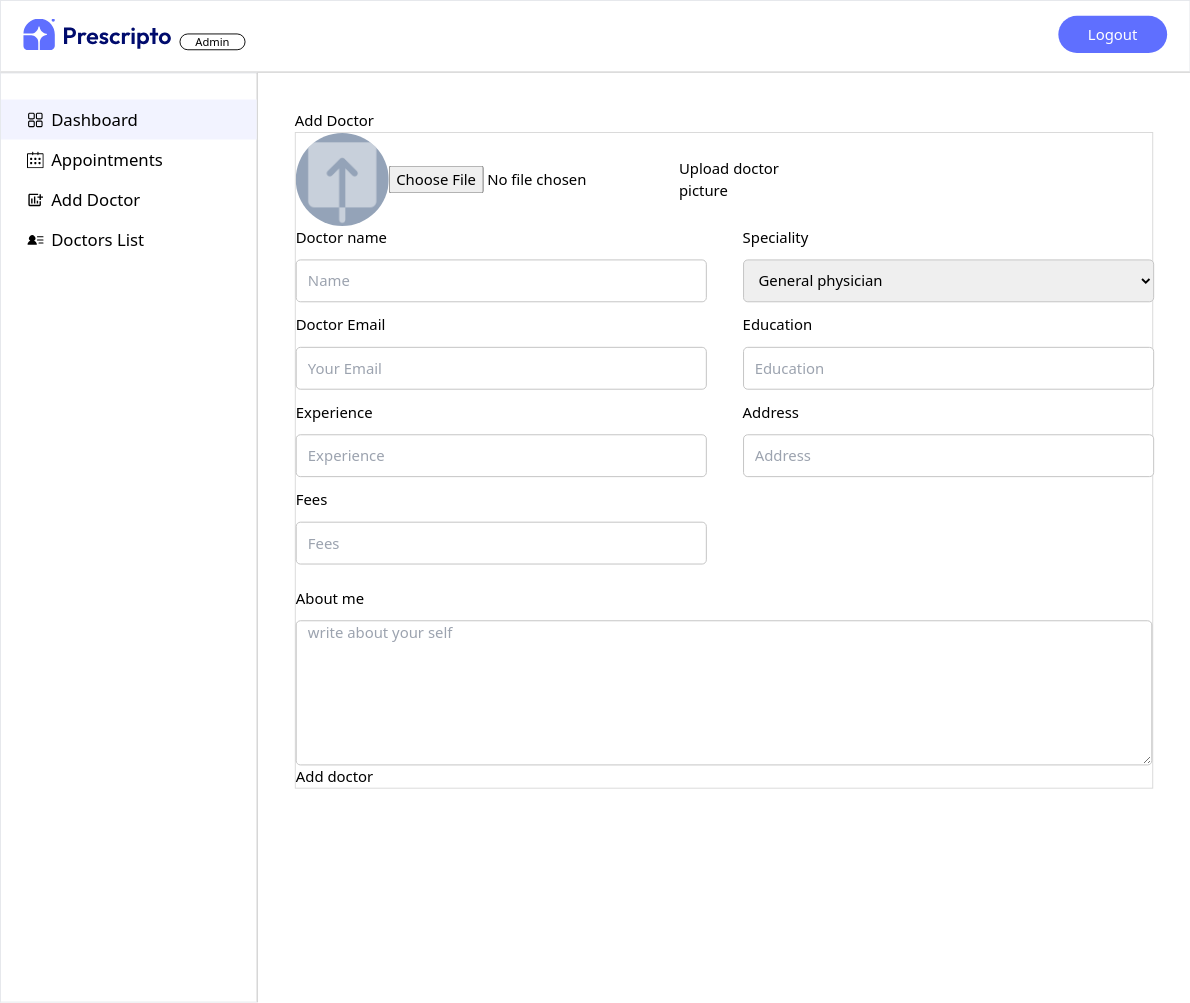
Repository: AzizHamdi99/Prescripto
Page: /addDoctor (app in AdminPanel/)
These files come from the project's save history. The page is drawn as it stood at one moment and after the next save; the edit follows.
The browser window is 1280 px wide. The pictures show the whole page, at 93% of full size.
The project was rebuilt for these pictures with package versions that can differ from the ones it lists, and the page was loaded fresh each time. Also part of the build but not shown: AdminPanel/vite.config.js.

Above is the page before, as saved 2025-01-02 15:31:54.

### AdminPanel/src/main.jsx
import { StrictMode } from 'react'
import { createRoot } from 'react-dom/client'
import './index.css'
import App from './App.jsx'
import { BrowserRouter } from "react-router-dom";

createRoot(document.getElementById('root')).render(
  <BrowserRouter>
    <App />
  </BrowserRouter>,
)

### AdminPanel/src/App.jsx
import { useState } from 'react'
import{Route,Routes} from 'react-router-dom'

import './App.css'
import Navbar from './componants/Navbar'
import SideBar from './componants/SideBar'
import AddDoctor from './componants/AddDoctor'

function App() {


  return (
    <div>
      <Navbar/>
      <div className='flex'>
      <SideBar/>
      <Routes>
      <Route path='/addDoctor' element={<AddDoctor/>}/>
      </Routes>
      </div>
    </div>

  )
}

export default App

### AdminPanel/src/componants/Navbar.jsx
import React from 'react'
import { assets } from '../../../frontend/src/assets/assets_frontend/assets'

function Navbar() {
  return (
    <div className='flex items-center justify-between px-6 py-4 pb-5 border-b-[#BEBEBE] border-[1px]  '>
        <div className='flex items-center justify-center'>
        <img src={assets.logo} alt="" className=' w-40 mr-2'  />
         <p className=' px-4 border-black border 1 rounded-xl font-light text-xs relative top-2'>Admin</p>
                </div>
        <span className='py-2 px-8 rounded-3xl bg-[#5F6FFF] text-white'>Logout</span>



    </div>
  )
}

export default Navbar

### AdminPanel/src/componants/SideBar.jsx
import React from 'react'
import { assets } from '../../../frontend/src/assets/assets_frontend/assets'
import { RxDashboard } from "react-icons/rx";
import { SlCalender } from "react-icons/sl";
import { MdAddChart } from "react-icons/md";
import { PiUserListFill } from "react-icons/pi";
import { useNavigate } from 'react-router-dom';


function SideBar() {
  const navigate=useNavigate();
  return (
    <div className='flex flex-col py-7 w-72 text-[18px] border-r-[#BEBEBE] border-[1px] h-[1000px]'>
        <div className='flex items-center gap-2  px-7 py-2 bg-[#F2F3FF] cursor-pointer'>
        <RxDashboard />
        <p>Dashboard</p>
        </div>
        <div className='flex items-center gap-2 px-7 py-2  cursor-pointer' >
        <SlCalender />
        <p>Appointments</p>
        </div>
        <div onClick={()=>navigate("/addDoctor")} className='flex items-center gap-2 px-7 py-2  cursor-pointer'>
        <MdAddChart />
        <p>Add Doctor</p>
        </div>
        <div className='flex items-center gap-2 px-7 py-2  cursor-pointer'>
        <PiUserListFill />
        <p>Doctors List</p>
        </div>

    </div>
  )
}

export default SideBar

### AdminPanel/src/componants/AddDoctor.jsx
import React from 'react'
import { assets } from '../../../frontend/src/assets/assets_frontend/assets'
import { specialityData } from '../../../frontend/src/assets/assets_frontend/assets'

function AddDoctor() {
  return (
    <div className='p-10'>
        <p>Add Doctor</p>
        <form action="" className='border-[1px] border-[#D8D8D8]'>
            <div className='flex items-center'>
                <img className='bg-slate-400 rounded-[50%]' src={assets.upload_icon} alt="" />
                <input type="file" name="image" id="" />
                <p>Upload doctor <br /> picture</p>

            </div>
            <div className='grid grid-cols-2 gap-10'>
                <div className='flex flex-col gap-3'>

                            <label htmlFor="">Doctor name</label>
                            <input type="text" placeholder='Name' className='w-[442px] h-[46px] rounded-[5px] border-[1.5px] border-[#C1C1C1] px-3' />


                            <label htmlFor="">Doctor Email</label>
                            <input type="email" placeholder='Your Email' className='w-[442px] h-[46px] rounded-[5px] border-[1.5px] border-[#C1C1C1] px-3' />



                            <label htmlFor=""> Experience</label>
                            <input type="number" placeholder='Experience'  className='w-[442px] h-[46px] rounded-[5px] border-[1.5px] border-[#C1C1C1] px-3'/>


                            <label htmlFor="">Fees</label>
                            <input type="number" placeholder='Fees' className='w-[442px] h-[46px] rounded-[5px] border-[1.5px] border-[#C1C1C1] px-3'/>

                </div>
                <div className='flex flex-col gap-3'>
                    <label htmlFor="">Speciality</label>
                    <select className='w-[442px] h-[46px] rounded-[5px] border-[1.5px] border-[#C1C1C1] px-3' name="" id="">
                        {specialityData.map((item,key)=>(
                            <option  value="">{item.speciality}</option>
                        ))}


                    </select>

                            <label htmlFor="">Education</label>
                            <input className='w-[442px] h-[46px] rounded-[5px] border-[1.5px] border-[#C1C1C1] px-3' type="text" placeholder='Education' />


                            <label htmlFor="">Address</label>
                            <input className='w-[442px] h-[46px] rounded-[5px] border-[1.5px] border-[#C1C1C1] px-3' type="number" placeholder='Address' />



                </div>
            </div>
            <div className='mt-6 flex flex-col gap-3'>

                         <label htmlFor="">About me </label>
                        <textarea className='w-[921px] h-[156px] rounded-[5px] border-[1.5px] border-[#C1C1C1] px-3' name="" id="" placeholder='write about your self'></textarea>

            </div>
            <button>Add doctor</button>







        </form>


    </div>
  )
}

export default AddDoctor

### frontend/src/assets/assets_frontend/assets.js
import appointment_img from './appointment_img.png'
import header_img from './header_img.png'
import group_profiles from './group_profiles.png'
import profile_pic from './profile_pic.png'
import contact_image from './contact_image.png'
import about_image from './about_image.png'
import logo from './logo.svg'
import dropdown_icon from './dropdown_icon.svg'
import dropup_icon from './arrow-drop-up.svg'
import menu_icon from './menu_icon.svg'
import cross_icon from './cross_icon.png'
import chats_icon from './chats_icon.svg'
import verified_icon from './verified_icon.svg'
import arrow_icon from './arrow_icon.svg'
import info_icon from './info_icon.svg'
import upload_icon from './upload_icon.png'
import stripe_logo from './stripe_logo.png'
import razorpay_logo from './razorpay_logo.png'
import doc1 from './doc1.png'
import doc2 from './doc2.png'
import doc3 from './doc3.png'
import doc4 from './doc4.png'
import doc5 from './doc5.png'
import doc6 from './doc6.png'
import doc7 from './doc7.png'
import doc8 from './doc8.png'
import doc9 from './doc9.png'
import doc10 from './doc10.png'
import doc11 from './doc11.png'
import doc12 from './doc12.png'
import doc13 from './doc13.png'
import doc14 from './doc14.png'
import doc15 from './doc15.png'
import Dermatologist from './Dermatologist.svg'
import Gastroenterologist from './Gastroenterologist.svg'
import General_physician from './General_physician.svg'
import Gynecologist from './Gynecologist.svg'
import Neurologist from './Neurologist.svg'
import Pediatricians from './Pediatricians.svg'


export const assets = {
    appointment_img,
    header_img,
    group_profiles,
    logo,
    chats_icon,
    verified_icon,
    info_icon,
    profile_pic,
    arrow_icon,
    contact_image,
    about_image,
    menu_icon,
    cross_icon,
    dropdown_icon,
    upload_icon,
    stripe_logo,
    razorpay_logo,
    dropup_icon
}

export const specialityData = [
    {
        speciality: 'General physician',
        image: General_physician
    },
    {
        speciality: 'Gynecologist',
        image: Gynecologist
    },
    {
        speciality: 'Dermatologist',
        image: Dermatologist
    },
    {
        speciality: 'Pediatricians',
        image: Pediatricians
    },
    {
        speciality: 'Neurologist',
        image: Neurologist
    },
    {
        speciality: 'Gastroenterologist',
        image: Gastroenterologist
    },
]

export const doctors = [
    {
        _id: 'doc1',
        name: 'Dr. Richard James',
        image: doc1,
        speciality: 'General physician',
        degree: 'MBBS',
        experience: '4 Years',
        about: 'Dr. Davis has a strong commitment to delivering comprehensive medical care, focusing on preventive medicine, early diagnosis, and effective treatment strategies. Dr. Davis has a strong commitment to delivering comprehensive medical care, focusing on preventive medicine, early diagnosis, and effective treatment strategies.',
        fees: 50,
        address: {
            line1: '17th Cross, Richmond',
            line2: 'Circle, Ring Road, London'
        }
    },
    {
        _id: 'doc2',
        name: 'Dr. Emily Larson',
        image: doc2,
        speciality: 'Gynecologist',
        degree: 'MBBS',
        experience: '3 Years',
        about: 'Dr. Davis has a strong commitment to delivering comprehensive medical care, focusing on preventive medicine, early diagnosis, and effective treatment strategies. Dr. Davis has a strong commitment to delivering comprehensive medical care, focusing on preventive medicine, early diagnosis, and effective treatment strategies.',
        fees: 60,
        address: {
            line1: '27th Cross, Richmond',
            line2: 'Circle, Ring Road, London'
        }
    },
    {
        _id: 'doc3',
        name: 'Dr. Sarah Patel',
        image: doc3,
        speciality: 'Dermatologist',
        degree: 'MBBS',
        experience: '1 Years',
        about: 'Dr. Davis has a strong commitment to delivering comprehensive medical care, focusing on preventive medicine, early diagnosis, and effective treatment strategies. Dr. Davis has a strong commitment to delivering comprehensive medical care, focusing on preventive medicine, early diagnosis, and effective treatment strategies.',
        fees: 30,
        address: {
            line1: '37th Cross, Richmond',
            line2: 'Circle, Ring Road, London'
        }
    },
    {
        _id: 'doc4',
        name: 'Dr. Christopher Lee',
        image: doc4,
        speciality: 'Pediatricians',
        degree: 'MBBS',
        experience: '2 Years',
        about: 'Dr. Davis has a strong commitment to delivering comprehensive medical care, focusing on preventive medicine, early diagnosis, and effective treatment strategies. Dr. Davis has a strong commitment to delivering comprehensive medical care, focusing on preventive medicine, early diagnosis, and effective treatment strategies.',
        fees: 40,
        address: {
            line1: '47th Cross, Richmond',
            line2: 'Circle, Ring Road, London'
        }
    },
    {
        _id: 'doc5',
        name: 'Dr. Jennifer Garcia',
        image: doc5,
        speciality: 'Neurologist',
        degree: 'MBBS',
        experience: '4 Years',
        about: 'Dr. Davis has a strong commitment to delivering comprehensive medical care, focusing on preventive medicine, early diagnosis, and effective treatment strategies. Dr. Davis has a strong commitment to delivering comprehensive medical care, focusing on preventive medicine, early diagnosis, and effective treatment strategies.',
        fees: 50,
        address: {
            line1: '57th Cross, Richmond',
            line2: 'Circle, Ring Road, London'
        }
    },
    {
        _id: 'doc6',
        name: 'Dr. Andrew Williams',
        image: doc6,
        speciality: 'Neurologist',
        degree: 'MBBS',
        experience: '4 Years',
        about: 'Dr. Davis has a strong commitment to delivering comprehensive medical care, focusing on preventive medicine, early diagnosis, and effective treatment strategies. Dr. Davis has a strong commitment to delivering comprehensive medical care, focusing on preventive medicine, early diagnosis, and effective treatment strategies.',
        fees: 50,
        address: {
            line1: '57th Cross, Richmond',
            line2: 'Circle, Ring Road, London'
        }
    },
    {
        _id: 'doc7',
        name: 'Dr. Christopher Davis',
        image: doc7,
        speciality: 'General physician',
        degree: 'MBBS',
        experience: '4 Years',
        about: 'Dr. Davis has a strong commitment to delivering comprehensive medical care, focusing on preventive medicine, early diagnosis, and effective treatment strategies. Dr. Davis has a strong commitment to delivering comprehensive medical care, focusing on preventive medicine, early diagnosis, and effective treatment strategies.',
        fees: 50,
        address: {
            line1: '17th Cross, Richmond',
            line2: 'Circle, Ring Road, London'
        }
    },
    {
        _id: 'doc8',
        name: 'Dr. Timothy White',
        image: doc8,
        speciality: 'Gynecologist',
        degree: 'MBBS',
        experience: '3 Years',
        about: 'Dr. Davis has a strong commitment to delivering comprehensive medical care, focusing on preventive medicine, early diagnosis, and effective treatment strategies. Dr. Davis has a strong commitment to delivering comprehensive medical care, focusing on preventive medicine, early diagnosis, and effective treatment strategies.',
        fees: 60,
        address: {
            line1: '27th Cross, Richmond',
            line2: 'Circle, Ring Road, London'
        }
    },
    {
        _id: 'doc9',
        name: 'Dr. Ava Mitchell',
        image: doc9,
        speciality: 'Dermatologist',
        degree: 'MBBS',
        experience: '1 Years',
        about: 'Dr. Davis has a strong commitment to delivering comprehensive medical care, focusing on preventive medicine, early diagnosis, and effective treatment strategies. Dr. Davis has a strong commitment to delivering comprehensive medical care, focusing on preventive medicine, early diagnosis, and effective treatment strategies.',
        fees: 30,
        address: {
            line1: '37th Cross, Richmond',
            line2: 'Circle, Ring Road, London'
        }
    },
    {
        _id: 'doc10',
        name: 'Dr. Jeffrey King',
        image: doc10,
        speciality: 'Pediatricians',
        degree: 'MBBS',
        experience: '2 Years',
        about: 'Dr. Davis has a strong commitment to delivering comprehensive medical care, focusing on preventive medicine, early diagnosis, and effective treatment strategies. Dr. Davis has a strong commitment to delivering comprehensive medical care, focusing on preventive medicine, early diagnosis, and effective treatment strategies.',
        fees: 40,
        address: {
            line1: '47th Cross, Richmond',
            line2: 'Circle, Ring Road, London'
        }
    },
    {
        _id: 'doc11',
        name: 'Dr. Zoe Kelly',
        image: doc11,
        speciality: 'Neurologist',
        degree: 'MBBS',
        experience: '4 Years',
        about: 'Dr. Davis has a strong commitment to delivering comprehensive medical care, focusing on preventive medicine, early diagnosis, and effective treatment strategies. Dr. Davis has a strong commitment to delivering comprehensive medical care, focusing on preventive medicine, early diagnosis, and effective treatment strategies.',
        fees: 50,
        address: {
            line1: '57th Cross, Richmond',
            line2: 'Circle, Ring Road, London'
        }
    },
    {
        _id: 'doc12',
        name: 'Dr. Patrick Harris',
        image: doc12,
        speciality: 'Neurologist',
        degree: 'MBBS',
        experience: '4 Years',
        about: 'Dr. Davis has a strong commitment to delivering comprehensive medical care, focusing on preventive medicine, early diagnosis, and effective treatment strategies. Dr. Davis has a strong commitment to delivering comprehensive medical care, focusing on preventive medicine, early diagnosis, and effective treatment strategies.',
        fees: 50,
        address: {
            line1: '57th Cross, Richmond',
            line2: 'Circle, Ring Road, London'
        }
    },
    {
        _id: 'doc13',
        name: 'Dr. Chloe Evans',
        image: doc13,
        speciality: 'General physician',
        degree: 'MBBS',
        experience: '4 Years',
        about: 'Dr. Davis has a strong commitment to delivering comprehensive medical care, focusing on preventive medicine, early diagnosis, and effective treatment strategies. Dr. Davis has a strong commitment to delivering comprehensive medical care, focusing on preventive medicine, early diagnosis, and effective treatment strategies.',
        fees: 50,
        address: {
            line1: '17th Cross, Richmond',
            line2: 'Circle, Ring Road, London'
        }
    },
    {
        _id: 'doc14',
        name: 'Dr. Ryan Martinez',
        image: doc14,
        speciality: 'Gynecologist',
        degree: 'MBBS',
        experience: '3 Years',
        about: 'Dr. Davis has a strong commitment to delivering comprehensive medical care, focusing on preventive medicine, early diagnosis, and effective treatment strategies. Dr. Davis has a strong commitment to delivering comprehensive medical care, focusing on preventive medicine, early diagnosis, and effective treatment strategies.',
        fees: 60,
        address: {
            line1: '27th Cross, Richmond',
            line2: 'Circle, Ring Road, London'
        }
    },
    {
        _id: 'doc15',
        name: 'Dr. Amelia Hill',
        image: doc15,
        speciality: 'Dermatologist',
        degree: 'MBBS',
        experience: '1 Years',
        about: 'Dr. Davis has a strong commitment to delivering comprehensive medical care, focusing on preventive medicine, early diagnosis, and effective treatment strategies. Dr. Davis has a strong commitment to delivering comprehensive medical care, focusing on preventive medicine, early diagnosis, and effective treatment strategies.',
        fees: 30,
        address: {
            line1: '37th Cross, Richmond',
            line2: 'Circle, Ring Road, London'
        }
    },
]

Loaded but not shown: AdminPanel/index.html (common file); AdminPanel/src/index.css (common file); AdminPanel/tailwind.config.js (common file); AdminPanel/src/App.css (no stored copy; drawn as an empty file)

After the next save:
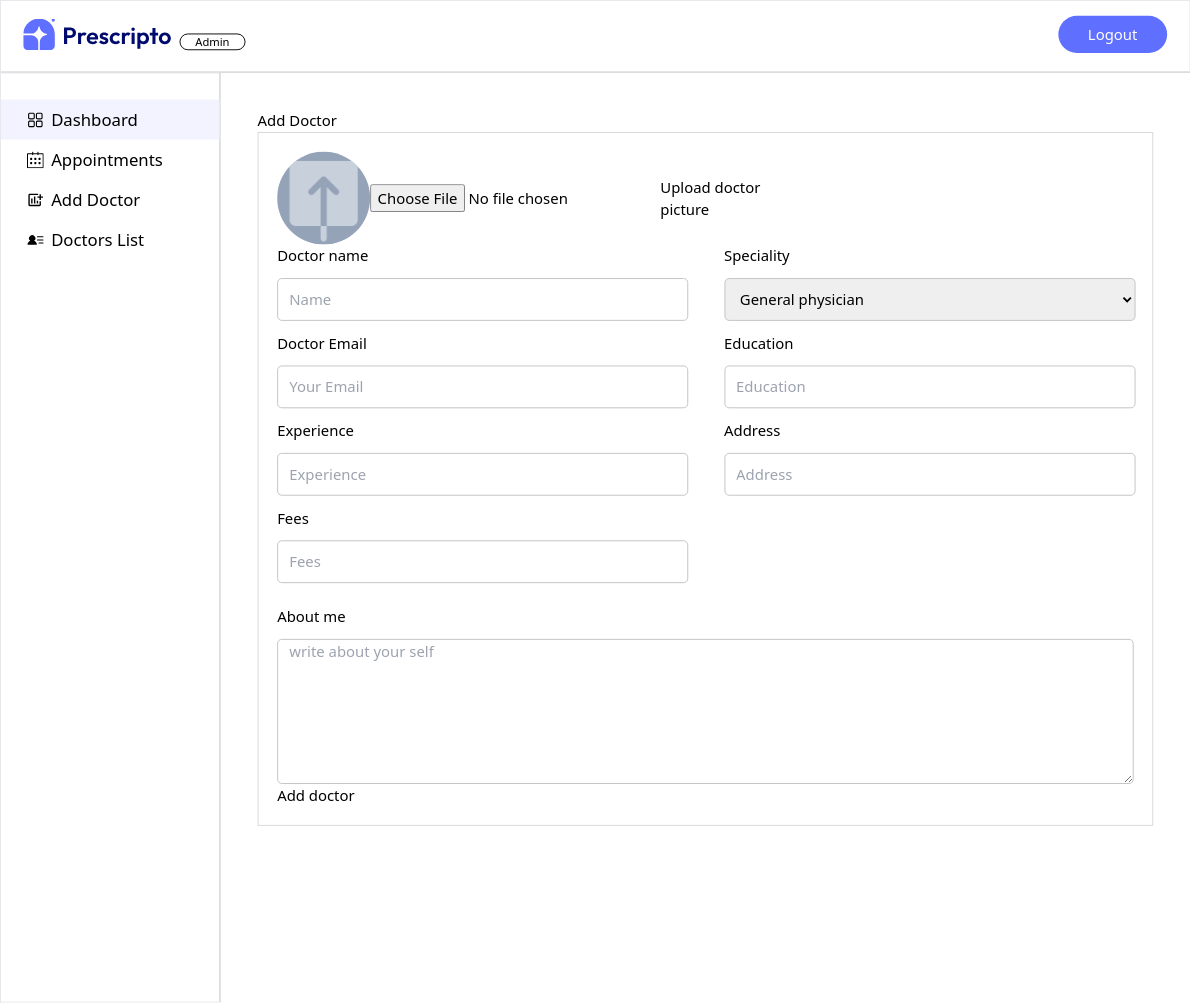
Saved 8 s later.
--- a/AdminPanel/src/componants/AddDoctor.jsx
+++ b/AdminPanel/src/componants/AddDoctor.jsx
@@ -6,7 +6,7 @@
   return (
     <div className='p-10'>
         <p>Add Doctor</p>
-        <form action="" className='border-[1px] border-[#D8D8D8]'>
+        <form action="" className='border-[1px] border-[#D8D8D8] p-5'>
             <div className='flex items-center'>
                 <img className='bg-slate-400 rounded-[50%]' src={assets.upload_icon} alt="" />
                 <input type="file" name="image" id="" />
